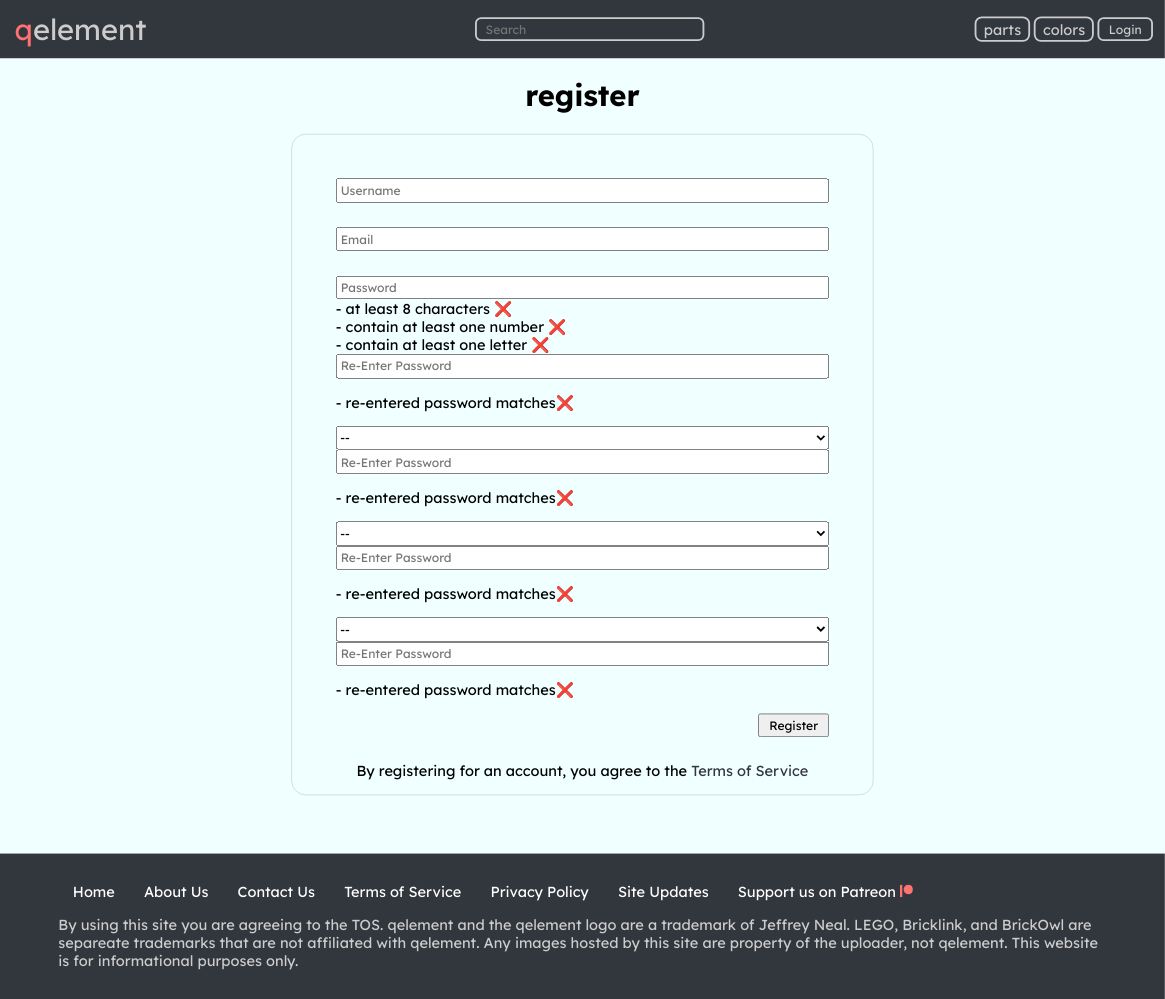
Repository: ToastBubbles/qelement-web
Page: /register
These files come from the project's save history. The page is drawn as it stood at one moment and after the next save; the edit follows.
The browser window is 1280 px wide. The pictures show the whole page, at 91% of full size.
The project was rebuilt for these pictures with package versions that can differ from the ones it lists, and the page was loaded fresh each time. Also part of the build but not shown: vite.config.ts, src/components/NavbarPopdown.tsx, src/components/ProtectedRoute.tsx, src/components/AllColors.tsx, src/views/colors/AllColorsView.tsx, src/components/LoadingPage.tsx, src/components/RecentQPart.tsx, src/components/AllColorParts.tsx and 61 more.

Above is the page before, as saved 2023-11-09 09:45:01.

After the next save:
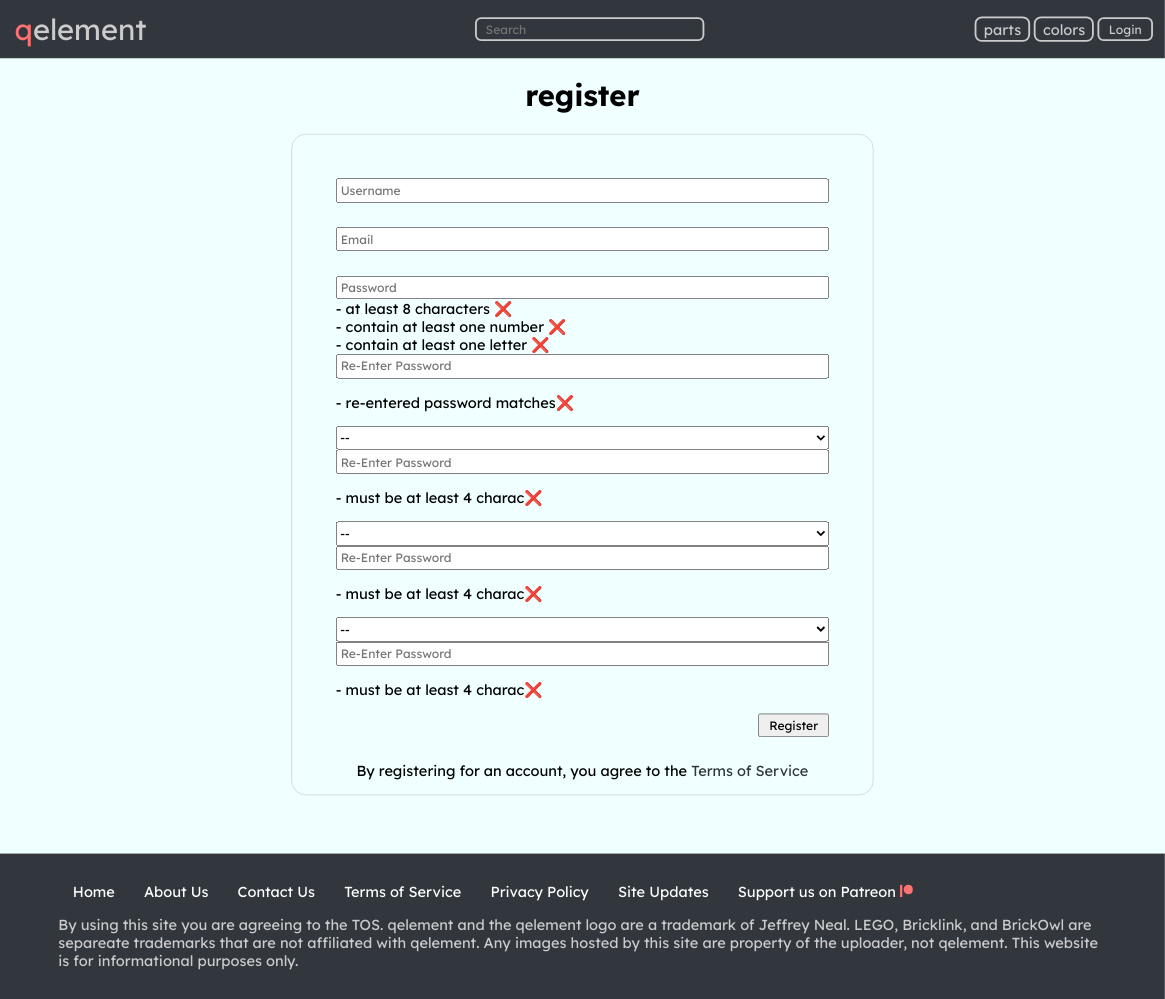
Saved 20 s later.
--- a/src/views/generic/Register.tsx
+++ b/src/views/generic/Register.tsx
@@ -186,7 +186,7 @@ export default function Register() {
             onChange={(e) => setPassMatch(e.target.value)}
           />
           <p>
-            - re-entered password matches
+            - must be at least 4 charac
             {passMatch == newUser.password ? "✔️" : "❌"}
           </p>
           <select
@@ -215,7 +215,7 @@ export default function Register() {
             onChange={(e) => setPassMatch(e.target.value)}
           />
           <p>
-            - re-entered password matches
+            - must be at least 4 charac
             {passMatch == newUser.password ? "✔️" : "❌"}
           </p>
           <select
@@ -244,7 +244,7 @@ export default function Register() {
             onChange={(e) => setPassMatch(e.target.value)}
           />
           <p>
-            - re-entered password matches
+            - must be at least 4 charac
             {passMatch == newUser.password ? "✔️" : "❌"}
           </p>
 
